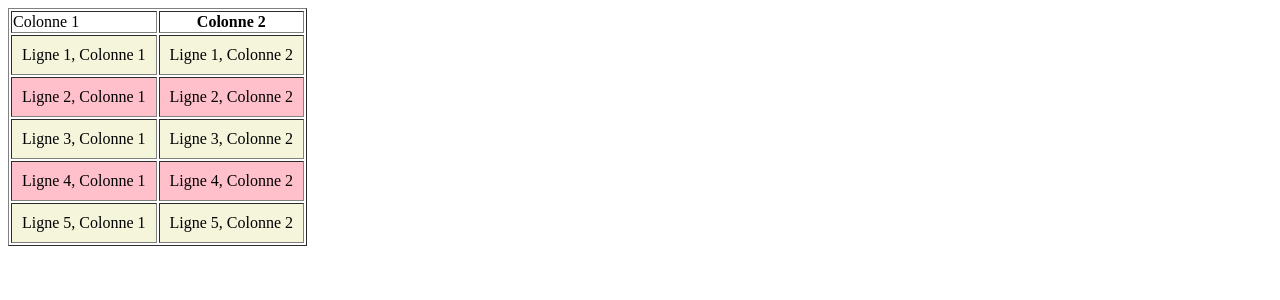
Repository: Chaimaa482/web-tp4
Page: ex1.html
An editor plug-in stored every save of this project. The page is shown before and after a run of saves, followed by the edit.
The browser window is 1280 px wide. The pictures show the whole page.

Above is the page before, as saved 2023-10-22 15:37:47.

After the next 2 saves:
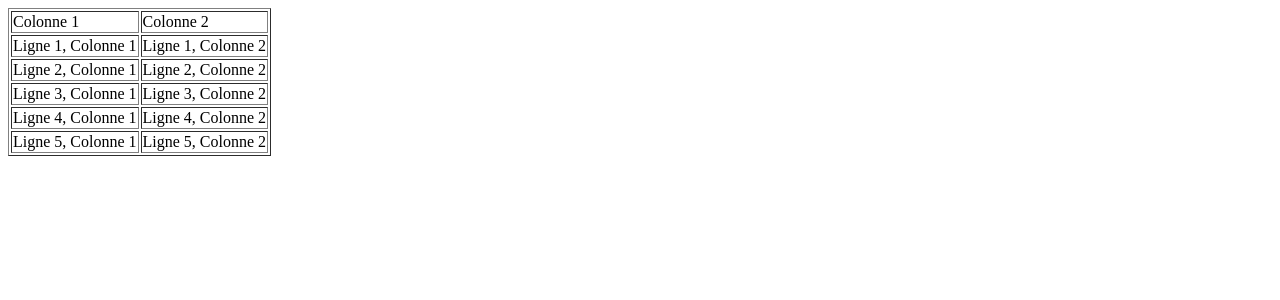
Console error: TypeError: Cannot set properties of null (setting 'colSpan')
The 2 saves are shown as one change because they came seconds apart.
The last was saved 6 s later.
--- a/ex1.html
+++ b/ex1.html
@@ -6,7 +6,7 @@
     <table id="myTable" border="1">
         <tr>
             <td>Colonne 1</td>
-            <th>Colonne 2</th>
+            <td>Colonne 2</td>
         </tr>
         <tr>
             <td>Ligne 1, Colonne 1</td>

After the 2 saves that followed:
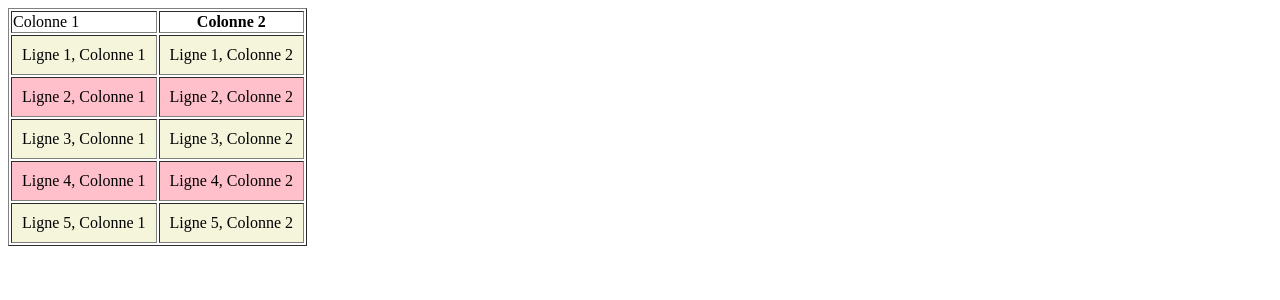
The error is gone.
The 2 saves are shown as one change because they came seconds apart.
The last was saved 8 s later.
--- a/ex1.html
+++ b/ex1.html
@@ -6,7 +6,7 @@
     <table id="myTable" border="1">
         <tr>
             <td>Colonne 1</td>
-            <td>Colonne 2</td>
+            <th>Colonne 2</th>
         </tr>
         <tr>
             <td>Ligne 1, Colonne 1</td>
